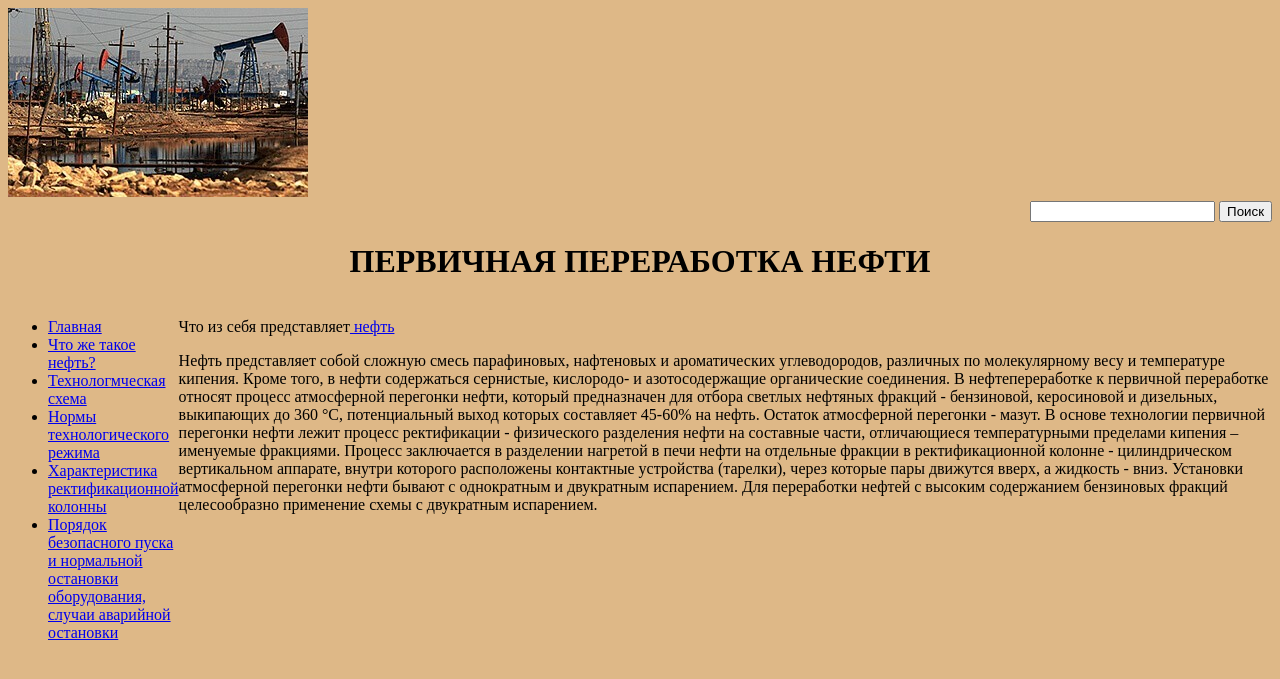
Repository: NastyaSeleznev/NastyaSeleznev.githab.io
Page: week1/nevti.html
The author's editor kept a record of every edit. The page is drawn from the files as they stood at one moment, then again after the next edit.
The browser window is 1280 px wide. The pictures show the whole page.

Above is the page before.

### week1/nevti.html
<!doctype html>
	<html>
		<head>
			<meta charset="utf-8">
			<link href="style.css" rel="stylesheet">
			<title>Что же такое нефть?</title>
		</head>
		<body>
			<header>
			<img src="dobycha-nefti.jpg">
			<form action="https://www.google.com/search" method="get" align="right">
  <input type="Искать здесь..." name="search">
  <input type="submit" value="Поиск">
</form>
<h1 align="center">ПЕРВИЧНАЯ ПЕРЕРАБОТКА НЕФТИ</h1>
			</header>
			<div id="flex"
			<nav>
			<ul>
	<li><a href="index.html">Главная</a></li>
	<li><a href="nevti.html">Что же такое нефть?</a></li>
	<li><a href="sxem.html">Технологмческая схема</a></li>
	<li><a href="norm.html">Нормы технологического режима</a></li>
	<li><a href="harakter.html">Характеристика ректификационной колонны</a></li>
	<li><a href="por.html">Порядок безопасного пуска и нормальной остановки оборудования, случаи аварийной остановки</a></li>
	</ul>
	</nav>
	<main>
			<p>Что из себя представляет<a href="https://ds05.infourok.ru/uploads/ex/0812/00043a49-b484ae19/img16.jpg"> нефть</a></p>
			Нефть представляет собой сложную смесь парафиновых, нафтеновых и ароматических углеводородов, различных по молекулярному весу и температуре кипения. Кроме того, в нефти содержаться сернистые, кислородо- и азотосодержащие органические соединения.
В нефтепереработке к первичной переработке относят процесс атмосферной перегонки нефти, который предназначен для отбора светлых нефтяных фракций - бензиновой, керосиновой и дизельных, выкипающих до 360 °С, потенциальный выход которых составляет 45-60% на нефть. Остаток атмосферной перегонки - мазут.
В основе технологии первичной перегонки нефти лежит процесс ректификации - физического разделения нефти на составные части, отличающиеся температурными пределами кипения – именуемые фракциями.
Процесс заключается в разделении нагретой в печи нефти на отдельные фракции в ректификационной колонне - цилиндрическом вертикальном аппарате, внутри которого расположены контактные устройства (тарелки), через которые пары движутся вверх, а жидкость - вниз.
Установки атмосферной перегонки нефти бывают с однократным и двукратным испарением. Для переработки нефтей с высоким содержанием бензиновых фракций целесообразно применение схемы с двукратным испарением.
			</main>
			</div>
		</body>
	</html>

### week1/style.css
body {
  background-color: #DEB887;
}
#flex {
  display: flex;
  flex-direction: row;
  justify-content: flex-start;
}

nav {
     background-color: #DA70D6;
}

After the next edit:
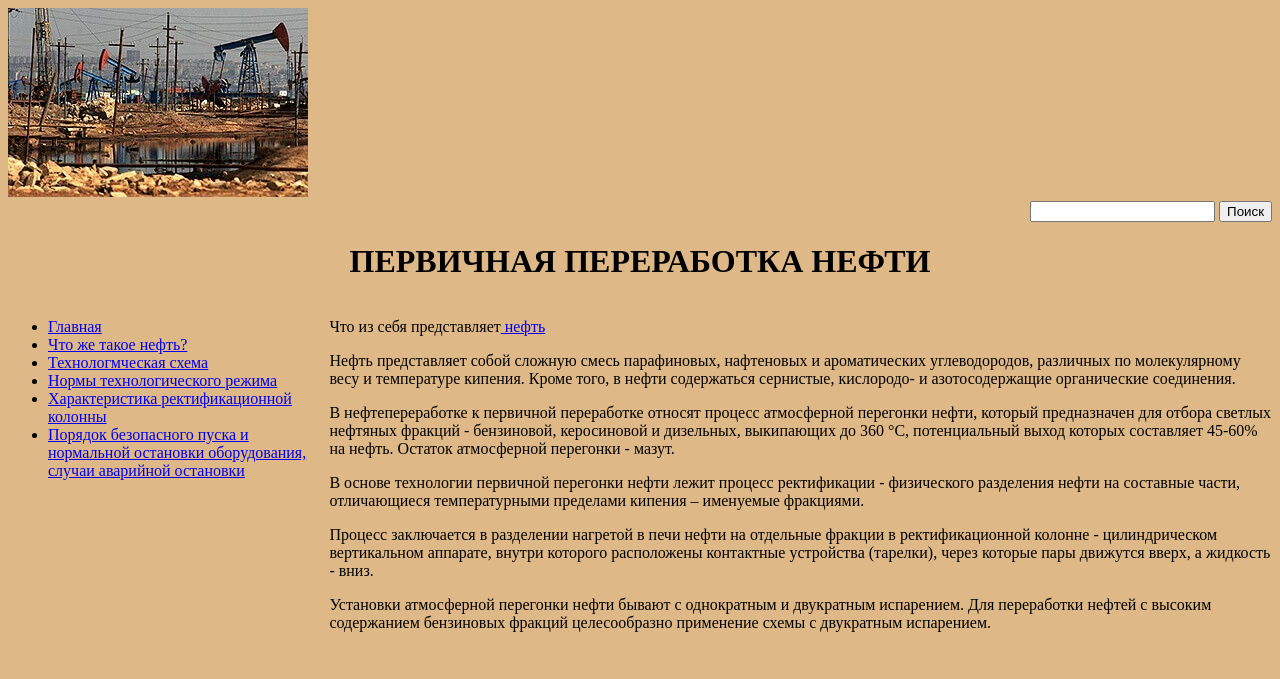
The edit:
--- a/week1/nevti.html
+++ b/week1/nevti.html
@@ -27,11 +27,11 @@
 	</nav>
 	<main>
 			<p>Что из себя представляет<a href="https://ds05.infourok.ru/uploads/ex/0812/00043a49-b484ae19/img16.jpg"> нефть</a></p>
-			Нефть представляет собой сложную смесь парафиновых, нафтеновых и ароматических углеводородов, различных по молекулярному весу и температуре кипения. Кроме того, в нефти содержаться сернистые, кислородо- и азотосодержащие органические соединения.
-В нефтепереработке к первичной переработке относят процесс атмосферной перегонки нефти, который предназначен для отбора светлых нефтяных фракций - бензиновой, керосиновой и дизельных, выкипающих до 360 °С, потенциальный выход которых составляет 45-60% на нефть. Остаток атмосферной перегонки - мазут.
-В основе технологии первичной перегонки нефти лежит процесс ректификации - физического разделения нефти на составные части, отличающиеся температурными пределами кипения – именуемые фракциями.
-Процесс заключается в разделении нагретой в печи нефти на отдельные фракции в ректификационной колонне - цилиндрическом вертикальном аппарате, внутри которого расположены контактные устройства (тарелки), через которые пары движутся вверх, а жидкость - вниз.
-Установки атмосферной перегонки нефти бывают с однократным и двукратным испарением. Для переработки нефтей с высоким содержанием бензиновых фракций целесообразно применение схемы с двукратным испарением.
+			<p>Нефть представляет собой сложную смесь парафиновых, нафтеновых и ароматических углеводородов, различных по молекулярному весу и температуре кипения. Кроме того, в нефти содержаться сернистые, кислородо- и азотосодержащие органические соединения.
+<p>В нефтепереработке к первичной переработке относят процесс атмосферной перегонки нефти, который предназначен для отбора светлых нефтяных фракций - бензиновой, керосиновой и дизельных, выкипающих до 360 °С, потенциальный выход которых составляет 45-60% на нефть. Остаток атмосферной перегонки - мазут.
+<p>В основе технологии первичной перегонки нефти лежит процесс ректификации - физического разделения нефти на составные части, отличающиеся температурными пределами кипения – именуемые фракциями.
+<p>Процесс заключается в разделении нагретой в печи нефти на отдельные фракции в ректификационной колонне - цилиндрическом вертикальном аппарате, внутри которого расположены контактные устройства (тарелки), через которые пары движутся вверх, а жидкость - вниз.
+<p>Установки атмосферной перегонки нефти бывают с однократным и двукратным испарением. Для переработки нефтей с высоким содержанием бензиновых фракций целесообразно применение схемы с двукратным испарением.</p>
 			</main>
 			</div>
 		</body>
